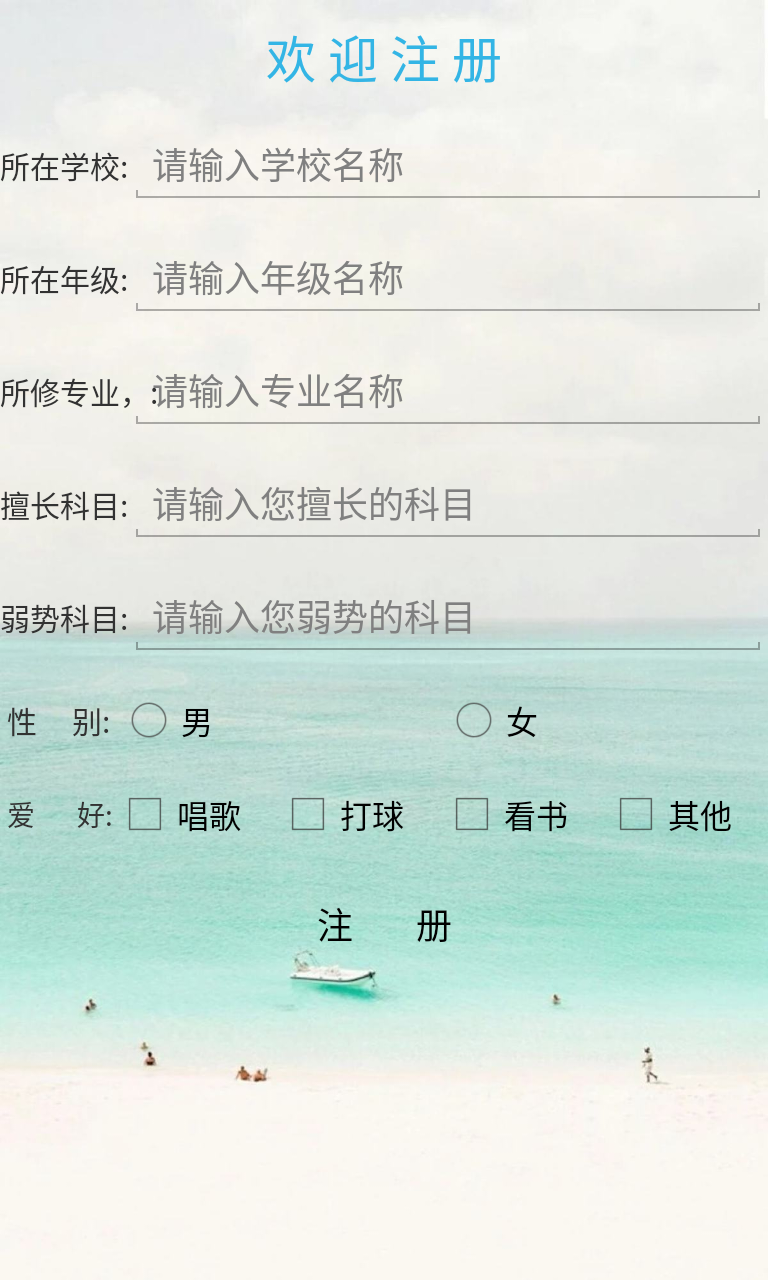
Repository: 17390089054/android
Layout: learning/res/layout/activity_main.xml
These files come from the project's save history. The layout is drawn as it stood at one moment and after the next save; the edit follows.
It is drawn on a 768 x 1280 px phone screen (xhdpi) without system bars, with theme AppTheme; the app's code is not run.

Above is the layout before, as saved 2018-05-01 10:21:47.

### learning/res/layout/activity_main.xml
<LinearLayout xmlns:android="http://schemas.android.com/apk/res/android"
    xmlns:tools="http://schemas.android.com/tools"
    android:layout_width="match_parent"
    android:layout_height="match_parent"
    tools:context=".MainActivity"
    android:orientation="vertical"
    android:background="@drawable/bg"
    >

    <TextView
        android:id="@+id/textView1"
        android:layout_width="match_parent"
        android:layout_height="wrap_content"
        android:layout_marginTop="10dp"
        android:gravity="center"
        android:text=" 欢 迎 注 册 "
        android:textColor="@android:color/holo_blue_light"
        android:textSize="25sp" />

    <RelativeLayout
        android:layout_width="match_parent"
        android:layout_height="wrap_content"
        android:orientation="horizontal"
        android:layout_marginTop="15dp"
         >
    <!-- school -->
    <TextView
        android:id="@+id/schtxt"
        android:layout_width="wrap_content"
        android:layout_height="wrap_content"
        android:textSize="15sp"
        android:gravity="center"
        android:layout_alignBaseline="@+id/school"
        android:text="所在学校:"
        />
     <EditText
         android:id="@+id/school"
         android:layout_width="match_parent"
         android:layout_height="wrap_content"
         android:layout_toRightOf="@+id/schtxt"
         android:hint="请输入学校名称"
         android:singleLine="true"
         />
    <!-- grade -->
   <TextView
       android:id="@+id/gradetxt"
       android:layout_width="wrap_content"
       android:layout_height="wrap_content"
       android:textSize="15sp"
       android:gravity="center"
       android:layout_alignBaseline="@+id/grade"
       android:layout_below="@+id/school"
       android:text="所在年级:"
       />
    <EditText
        android:id="@+id/grade"
        android:layout_width="match_parent"
        android:layout_height="wrap_content"
        android:layout_below="@+id/school"
        android:layout_marginTop="15dp"
        android:layout_toRightOf="@+id/gradetxt"
        android:layout_alignLeft="@+id/school"
        android:hint="请输入年级名称"
        android:singleLine="true"
        />

   <!-- major -->
   <TextView
       android:id="@+id/majortxt"
       android:layout_width="wrap_content"
       android:layout_height="wrap_content"
       android:textSize="15sp"
       android:layout_alignBaseline="@+id/major"
       android:gravity="center"
       android:text="所修专业，:"
       />
    <EditText
        android:id="@+id/major"
        android:layout_width="match_parent"
        android:layout_height="wrap_content"
       	android:layout_toRightOf="@+id/majortxt"
		android:layout_below="@+id/grade"
		android:layout_alignLeft="@+id/school"
		android:layout_marginTop="15dp"
        android:singleLine="true"
        android:hint="请输入专业名称"
        />

    <!--pros-->
	<TextView
       android:id="@+id/prostxt"
       android:layout_width="wrap_content"
       android:layout_height="wrap_content"
       android:textSize="15sp"
       android:gravity="center"
       android:layout_alignBaseline="@+id/pros"
       android:layout_below="@+id/major"
       android:text="擅长科目:"
       />
    <EditText
        android:id="@+id/pros"
        android:layout_width="match_parent"
        android:layout_height="wrap_content"
        android:layout_below="@+id/major"
        android:layout_marginTop="15dp"
        android:layout_toRightOf="@+id/prostxt"
        android:layout_alignLeft="@+id/school"
        android:hint="请输入您擅长的科目"
        android:singleLine="true"
        />
     <!-- cons -->
    <TextView
       android:id="@+id/constxt"
       android:layout_width="wrap_content"
       android:layout_height="wrap_content"
       android:textSize="15sp"
       android:gravity="center"
       android:layout_alignBaseline="@+id/cons"
       android:layout_below="@+id/pros"
       android:text="弱势科目:"
       />
    <EditText
        android:id="@+id/cons"
        android:layout_width="match_parent"
        android:layout_height="wrap_content"
        android:layout_below="@+id/pros"
        android:layout_marginTop="15dp"
        android:layout_toRightOf="@+id/constxt"
        android:layout_alignLeft="@+id/school"
        android:hint="请输入您弱势的科目"
        android:singleLine="true"
        />

   </RelativeLayout>
   <LinearLayout
       android:layout_width="match_parent"
       android:layout_height="wrap_content"
       android:gravity="center_vertical"
       android:layout_marginTop="15dp"
        >
    <TextView
        android:layout_width="wrap_content"
		android:layout_height="wrap_content"
		android:textSize="15sp"
		android:text=" 性     别: "
        />
    <RadioGroup
        android:id="@+id/group"
        android:layout_width="match_parent"
        android:layout_height="wrap_content"
        android:orientation="horizontal"
        >
		<RadioButton
		    android:id="@+id/boy"
		    android:layout_width="wrap_content"
		    android:layout_height="wrap_content"
		    android:layout_weight="1"
		    android:text="男"
		    />
	    <RadioButton
	    android:id="@+id/girl"
	    android:layout_width="wrap_content"
	    android:layout_height="wrap_content"
	    android:layout_weight="1"
	    android:text="女"
	    />
    </RadioGroup>
   </LinearLayout>

  <LinearLayout
      android:layout_width="match_parent"
      android:layout_height="wrap_content"
      android:gravity="center_vertical"
      android:layout_marginTop="15dp"
      >
    <TextView
        android:id="@+id/hobbies"
        android:layout_width="wrap_content"
        android:layout_height="wrap_content"
        android:text=" 爱      好:"

        />
  <CheckBox
      android:id="@+id/sing"
      android:layout_width="wrap_content"
      android:layout_height="wrap_content"
	  android:layout_weight="1"
      android:text="唱歌"
      />


  <CheckBox
      android:id="@+id/playball"
      android:layout_width="wrap_content"
      android:layout_height="wrap_content"
     android:layout_weight="1"
      android:text="打球"
      />

  <CheckBox
      android:id="@+id/book"
      android:layout_width="wrap_content"
      android:layout_height="wrap_content"
      android:layout_weight="1"
      android:text="看书"
      />
  <CheckBox
  android:id="@+id/other"
  android:layout_width="wrap_content"
  android:layout_height="wrap_content"
  android:layout_weight="1"
  android:text="其他"
  />


  </LinearLayout>

	<Button
	    android:id="@+id/btn"
	    android:layout_width="match_parent"
	    android:layout_height="wrap_content"
	  	android:gravity="center"
	    android:text="注       册"
	    android:background="#f0ffff 240,255,255"
	    android:layout_marginTop="15dp"
	    />

</LinearLayout>

Loaded but not shown: learning/res/values/styles.xml (common file); learning/res/values-v11/styles.xml (common file); learning/res/values-v14/styles.xml (common file)

After the next save:
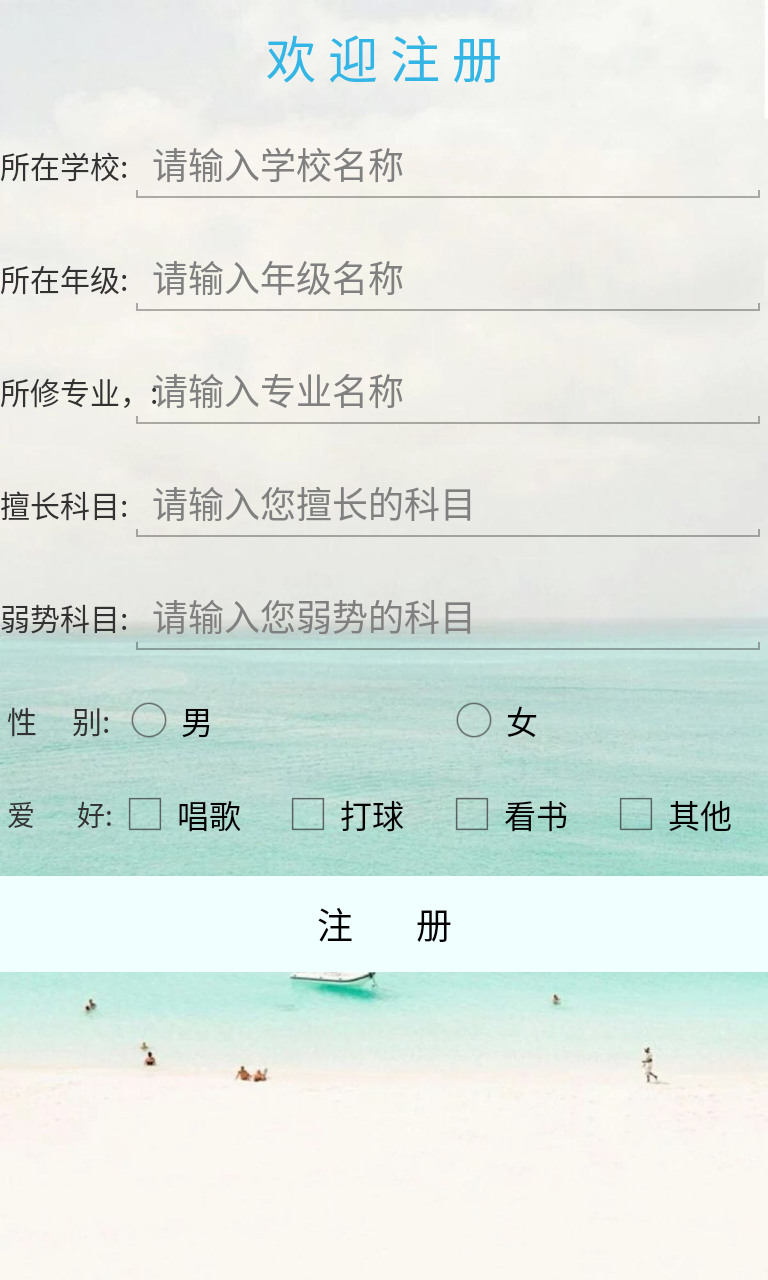
Saved 8 s later.
--- a/learning/res/layout/activity_main.xml
+++ b/learning/res/layout/activity_main.xml
@@ -221,7 +221,7 @@
 	    android:layout_height="wrap_content"
 	  	android:gravity="center"
 	    android:text="注       册"
-	    android:background="#f0ffff 240,255,255"
+	    android:background="#f0ffff "
 	    android:layout_marginTop="15dp"
 	    />
 
